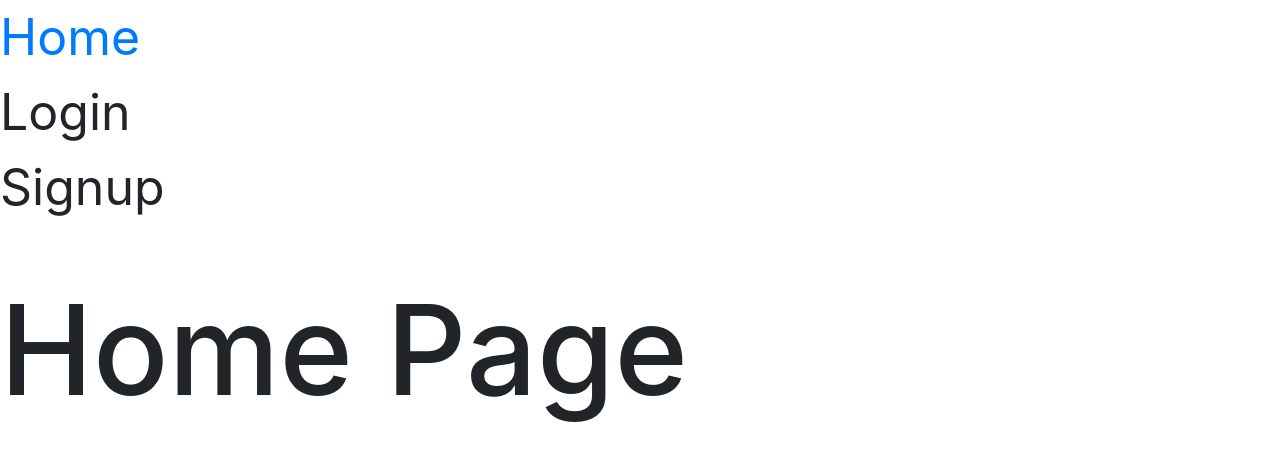
Repository: SCScbc-Projects2022/project-three
Page: / (app in client/)
These files come from the project's save history. The page is drawn as it stood at one moment and after the next save; the edit follows.
The browser window is 1280 px wide. The pictures show the whole page.
The project was rebuilt for these pictures with package versions that can differ from the ones it lists, and the page was loaded fresh each time. Also part of the build but not shown: client/src/utils/mutations.js, client/src/components/LoginForm.js, client/src/components/SignupForm.js.

Above is the page before, as saved 2022-07-18 10:20:04.

### client/public/index.html
<!DOCTYPE html>
<html lang="en">
  <head>
    <meta charset="utf-8" />
    <link rel="icon" href="%PUBLIC_URL%/favicon.ico" />
    <meta name="viewport" content="width=device-width, initial-scale=1" />
    <meta name="theme-color" content="#000000" />
    <meta
      name="description"
      content="Google Books search application with login"
    />
    <link rel="apple-touch-icon" href="%PUBLIC_URL%/logo192.png" />
    <link rel="manifest" href="%PUBLIC_URL%/manifest.json" />
    <link
      href="https://fonts.googleapis.com/css2?family=Rubik+Mono+One&family=Rubik:ital,wght@0,400;1,300&display=swap"
      rel="stylesheet"
    />
    <title>Project 3</title>
  </head>

  <body>
    <noscript>You need to enable JavaScript to run this app.</noscript>
    <div id="root"></div>
  </body>
</html>

### client/src/index.js
import React from 'react';
import ReactDOM from 'react-dom/client';
import 'bootstrap/dist/css/bootstrap.min.css';
import './index.css';
import App from './App';

const root = ReactDOM.createRoot(document.getElementById('root'));
root.render(
  <>
    <App />
  </>
);

### client/src/index.css
* {
  padding: 0;
  margin: 0;
  box-sizing: border-box;
  font-size: 50px;
}

### client/src/App.js
import React, { useState } from 'react';

import Navbar from './components/Navbar';

import Home from './pages/Home';

import LoginForm from './components/LoginForm';
import SignupForm from './components/SignupForm';

import { setContext } from '@apollo/client/link/context';

import {
  ApolloProvider,
  ApolloClient,
  InMemoryCache,
  createHttpLink,
} from '@apollo/client';

const httpLink = createHttpLink({
  uri: '/graphql',
});

const authLink = setContext((_, { headers }) => {
  const token = localStorage.getItem('id_token');
  return {
    headers: {
      ...headers,
      authorization: token ? `Bearer ${token}` : '',
    },
  };
});

const client = new ApolloClient({
  link: authLink.concat(httpLink),
  cache: new InMemoryCache(),
});

function App() {
  const [activePage, setActivePage] = useState({
    home: true,
    login: false,
    signup: false,
  });

  return (
    <ApolloProvider client={client}>
      <main>
        <nav>
          <Navbar activePage={activePage} setActivePage={setActivePage} />
        </nav>
        <section id="main-wrapper">
          {activePage.home ? (
            <Home />
          ) : activePage.login ? (
            <LoginForm />
          ) : (
            <SignupForm />
          )}
        </section>
      </main>
    </ApolloProvider>
  );
}

export default App;

### client/src/components/Navbar.js
import React, { useState } from 'react';

import Auth from '../utils/auth';

const Navbar = ({ setActivePage, activePage }) => {
  const handlePage = (e) => {
    if (
      e.target.innerText == 'About me' ||
      e.target.innerText == 'Carlos Sabbah'
    ) {
      document.title = `Main - ${e.target.innerText}`;
      setActivePage({ about: true });
    } else if (e.target.innerText == 'Portfolio') {
      document.title = e.target.innerText;
      setActivePage({ portfolio: true });
    } else if (e.target.innerText == 'Contact') {
      document.title = e.target.innerText;
      setActivePage({ contact: true });
    } else if (e.target.innerText == 'Resume') {
      document.title = e.target.innerText;
      setActivePage({ resume: true });
    }
    setActiveNav(false);
  };

  const [activeNav, setActiveNav] = useState(false);

  return (
    <>
      <ul>
        <li>
          <a
            className={`navItem ${activePage.portfolio ? 'active' : ''}`}
            href="#Portfolio"
            onClick={(e) => handlePage(e)}
          >
            Home
          </a>
        </li>
        {/* Add conditionally rendering for Login and Signup (i.e. Show signup when not logged in) */}
        <li>Login</li>
        <li>Signup</li>
      </ul>
    </>
  );
};

export default Navbar;

### client/src/pages/Home.js
import React from 'react';

const home = () => {
  return (
    <>
      <h1>Home Page</h1>
    </>
  );
};

export default home;

### client/src/utils/auth.js
import decode from 'jwt-decode';

class AuthService {
  // retrieve data saved in token
  getProfile() {
    return decode(this.getToken());
  }

  loggedIn() {
    // check if the user is still logged in
    const token = this.getToken(); // Checks if there is a saved token and it's still valid
    // use type coersion to check if token is NOT undefined and the token is NOT expired
    return !!token && !this.isTokenExpired(token);
  }

  // check if the token has expired
  isTokenExpired(token) {
    try {
      const decoded = decode(token);
      if (decoded.exp < Date.now() / 1000) {
        return true;
      } else {
        return false;
      }
    } catch (err) {
      return false;
    }
  }

  // retrieve token from localStorage
  getToken() {
    // Retrieves the user token from localStorage
    return localStorage.getItem('id_token');
  }

  // set token to localStorage and reload page to homepage
  login(idToken) {
    // Saves user token to localStorage
    localStorage.setItem('id_token', idToken);

    window.location.assign('/');
  }

  // clear token from localStorage and force logout with reload
  logout() {
    // Clear user token and profile data from localStorage
    localStorage.removeItem('id_token');
    localStorage.removeItem('saved_books');

    // this will reload the page and reset the state of the application
    window.location.assign('/');
  }
}
export default new AuthService();

After the next save:
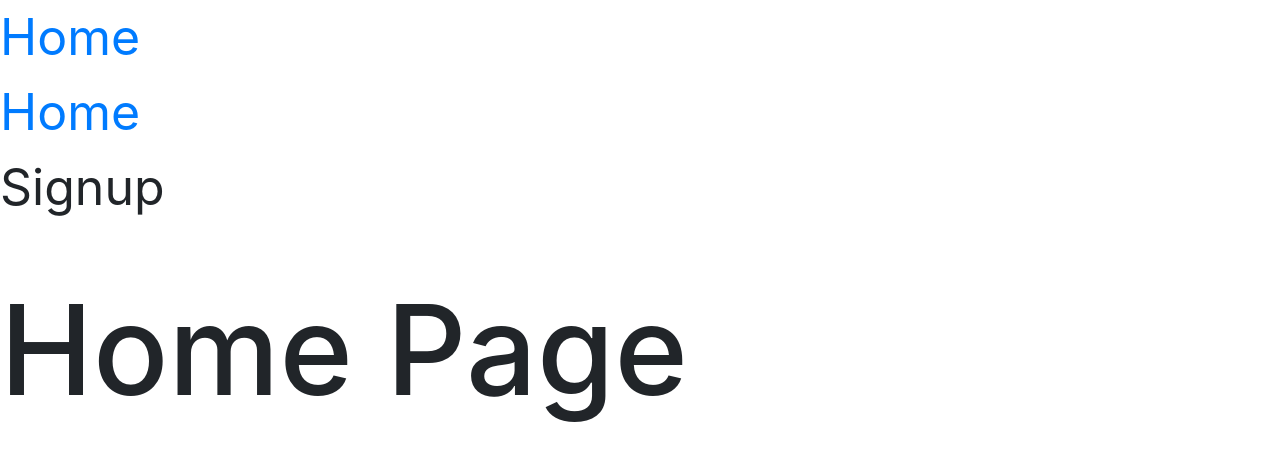
Saved 8 s later.
--- a/client/src/components/Navbar.js
+++ b/client/src/components/Navbar.js
@@ -38,7 +38,15 @@ const Navbar = ({ setActivePage, activePage }) => {
           </a>
         </li>
         {/* Add conditionally rendering for Login and Signup (i.e. Show signup when not logged in) */}
-        <li>Login</li>
+        <li>
+          <a
+            className={`navItem ${activePage.portfolio ? 'active' : ''}`}
+            href="#Portfolio"
+            onClick={(e) => handlePage(e)}
+          >
+            Home
+          </a>
+        </li>
         <li>Signup</li>
       </ul>
     </>
